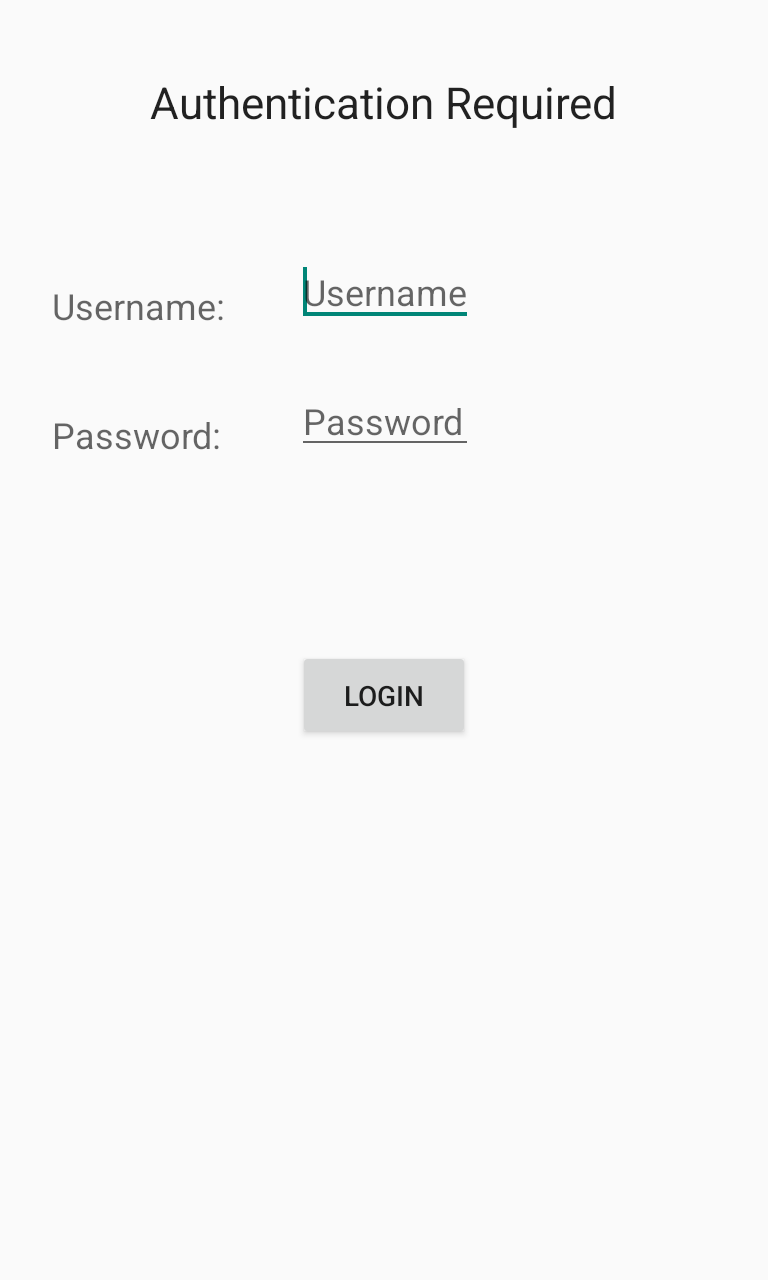
Repository: BurtWurst/MyFields_Mobile
Layout: Android/Login/res/layout/activity_main.xml
These files come from the project's save history. The layout is drawn as it stood at one moment and after the next save; the edit follows.
It is drawn on a 768 x 1280 px phone screen (xhdpi) without system bars, with theme AppTheme; the app's code is not run.

Above is the layout before, as saved 2014-12-06 16:14:00.

After the next save:
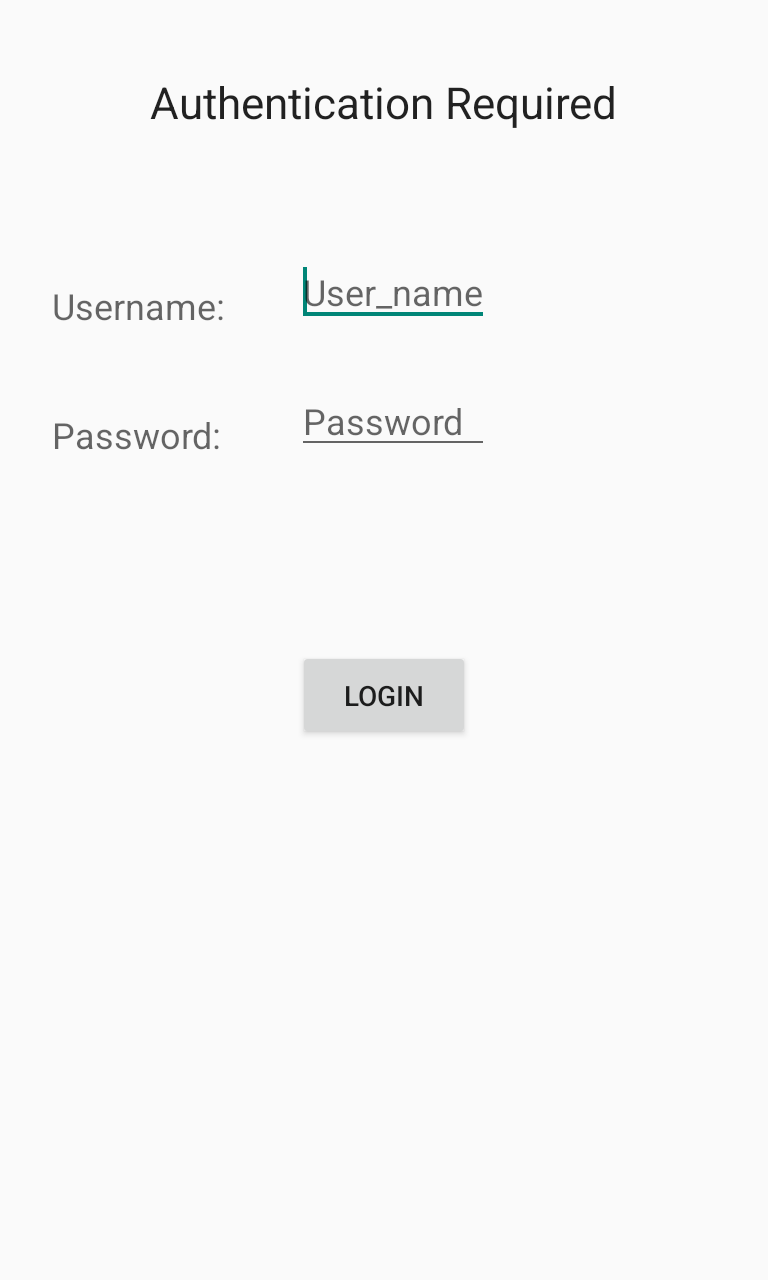
Saved 58 s later.
--- a/Android/Login/res/layout/activity_main.xml
+++ b/Android/Login/res/layout/activity_main.xml
@@ -36,7 +36,7 @@
 	      android:layout_alignBottom="@+id/textView2"
 	      android:layout_marginLeft="35dp"
 	      android:layout_toRightOf="@+id/textView2"
-	      android:hint="Username" >
+	      android:hint="User_name" >
       	  <requestFocus />
    	  </EditText>
 
